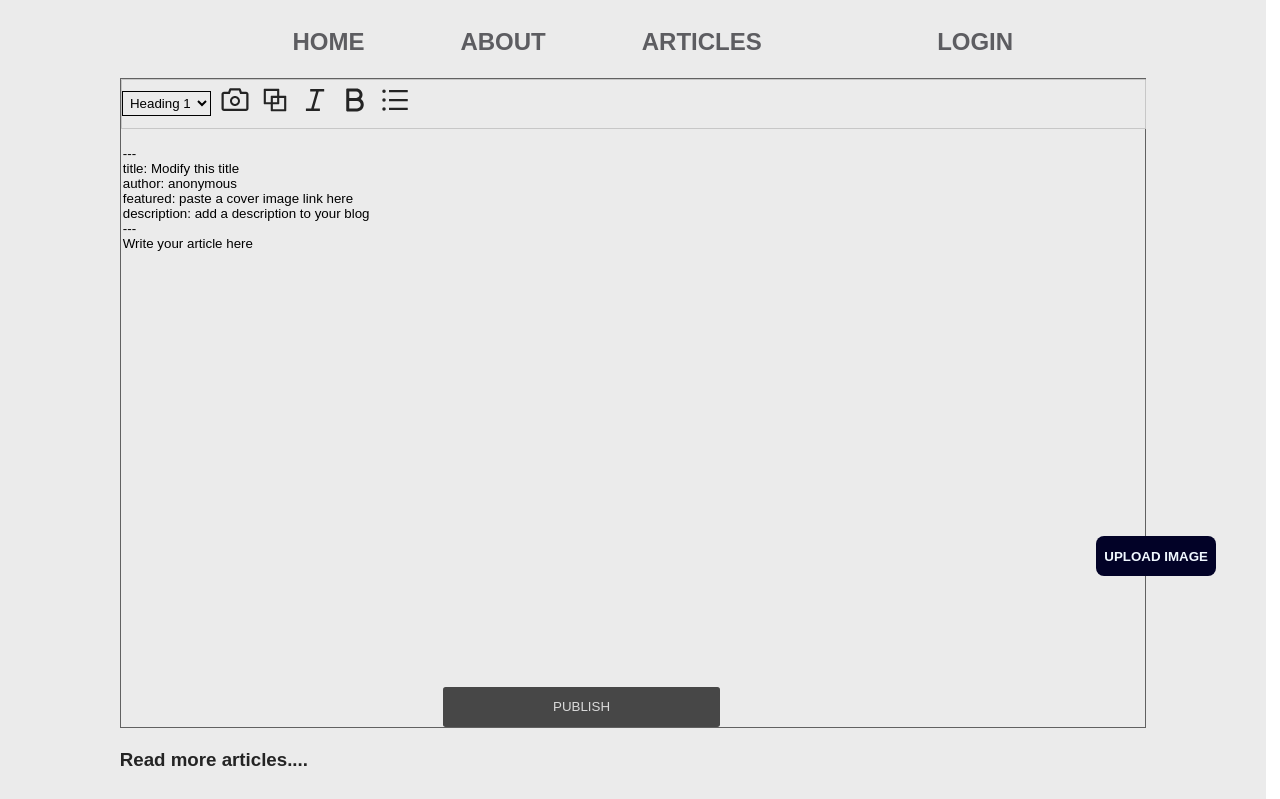
Repository: ValGrace/-static-site
Page: /articles (app in client/)
These files come from the project's save history. The page is drawn as it stood at one moment and after the next save; the edit follows.
The browser window is 1280 px wide. The pictures show the whole page.
The page's requests for data from a server got no answer. The project was rebuilt for these pictures with package versions that can differ from the ones it lists, and the page was loaded fresh each time. No one was signed in, and anything a server would have sent is missing. Also part of the build but not shown: client/vite.config.js, client/src/Components/Login.jsx, client/src/Components/Signup.jsx, client/src/Components/MidSection.jsx, client/src/Components/HomeSection.jsx, client/src/Components/TopSection.jsx, client/src/MdFiles/MdFileContext.js, client/src/Pages/HomePage.jsx and 1 more.

Above is the page before, as saved 2023-07-02 13:08:51.

After the next save:
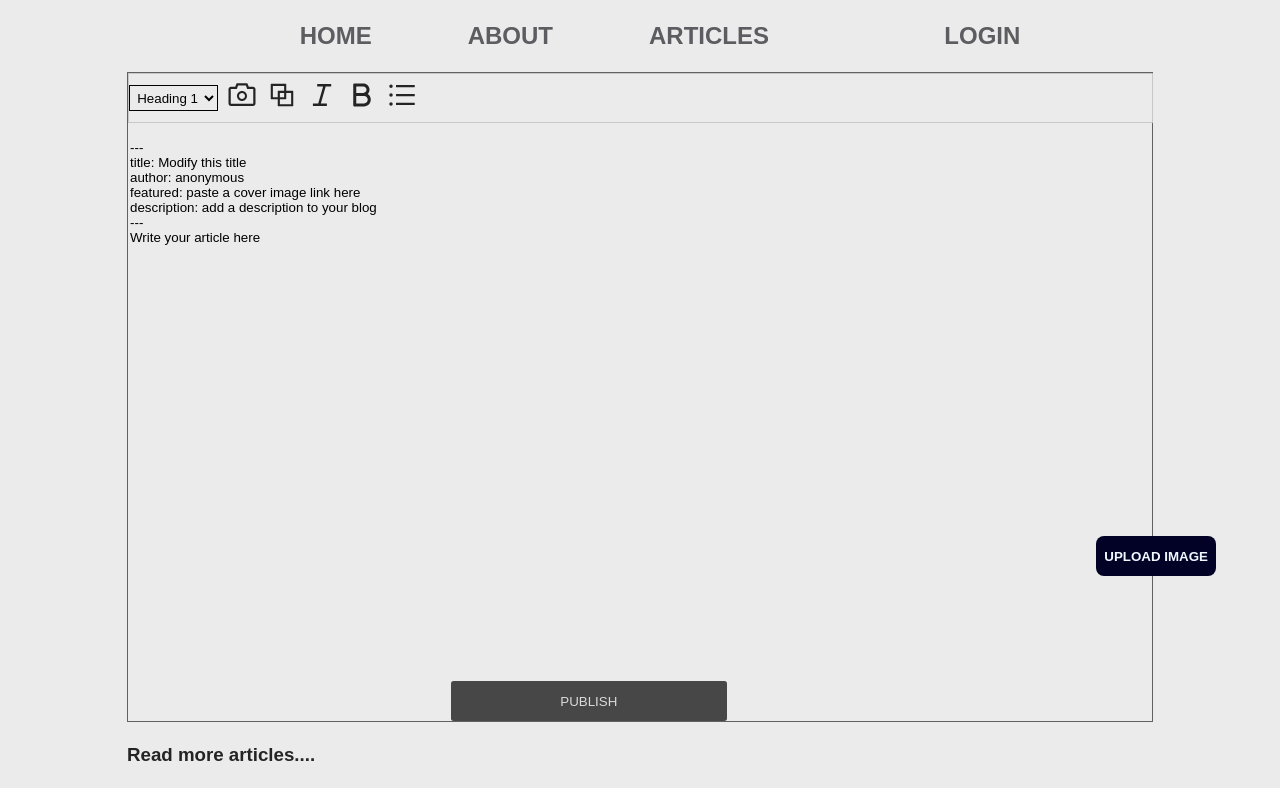
Saved 94 s later.
--- a/client/src/App.css
+++ b/client/src/App.css
@@ -4,8 +4,8 @@
   justify-content: center;
   align-items: center;
   margin: 0;
-  width: 98%;
-  padding: 0.35em;
+  width: 100%;
+
 
   background-color: rgba(226, 226, 226, 0.699);
 }
